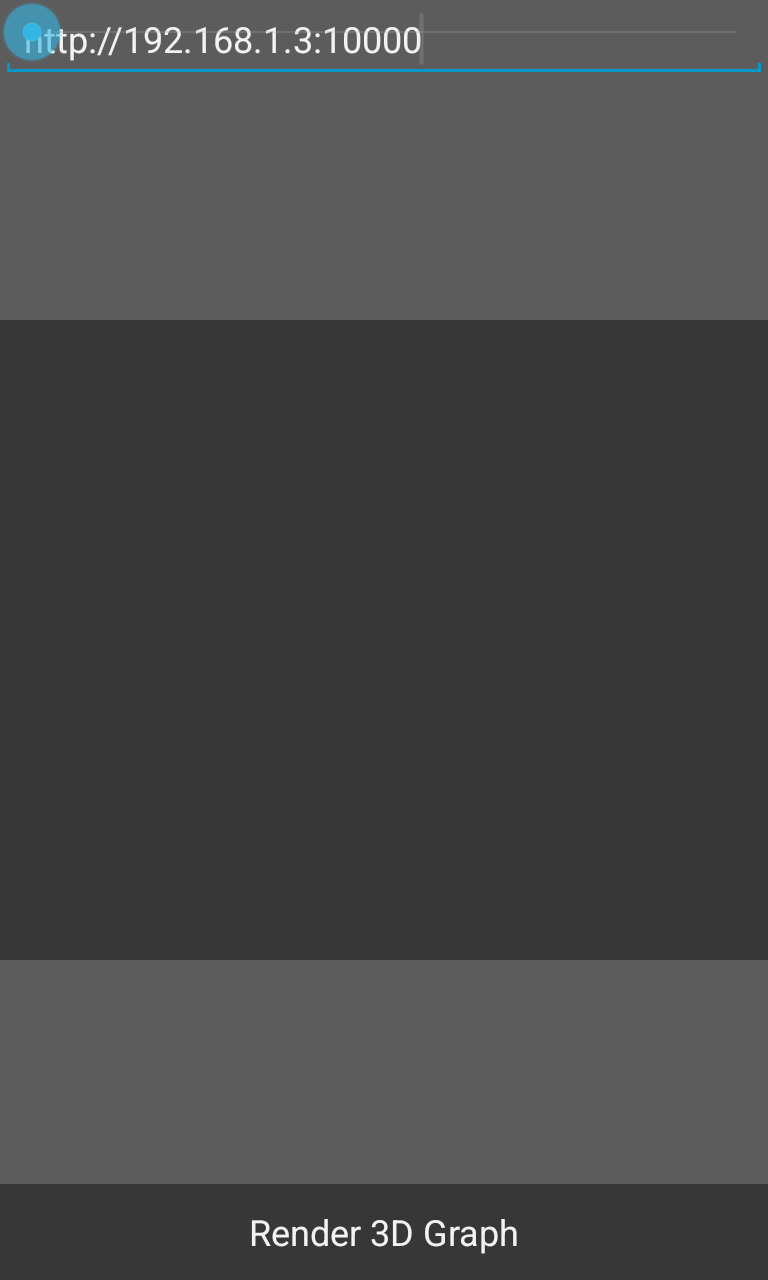
Repository: favreau/Sol-R-Android
Layout: RaytracerClient/res/layout/activity_fullscreen.xml
These files come from the project's save history. The layout is drawn as it stood at one moment and after the next save; the edit follows.
It is drawn on a 768 x 1280 px phone screen (xhdpi) without system bars, with theme FullscreenTheme; the app's code is not run.

Above is the layout before, as saved 2013-05-04 19:13:52.

### RaytracerClient/res/layout/activity_fullscreen.xml
<FrameLayout xmlns:android="http://schemas.android.com/apk/res/android"
    xmlns:tools="http://schemas.android.com/tools"
    android:layout_width="match_parent"
    android:layout_height="match_parent"
    android:background="@color/black_overlay"
    tools:context=".FullscreenActivity" >

    <!--
         The primary full-screen view. This can be replaced with whatever view
         is needed to present your content, e.g. VideoView, SurfaceView,
         TextureView, etc.
    -->

    <TextView
        android:id="@+id/fullscreen_content"
        android:layout_width="match_parent"
        android:layout_height="match_parent"
        android:gravity="center"
        android:keepScreenOn="true"
        android:text="@string/dummy_content"
        android:textColor="#33b5e5"
        android:textSize="50sp"
        android:textStyle="bold" />

    <!--
         This FrameLayout insets its children based on system windows using
         android:fitsSystemWindows.
    -->

    <FrameLayout
        android:layout_width="match_parent"
        android:layout_height="match_parent"
        android:background="@color/black_overlay"
        android:fitsSystemWindows="true" >

        <LinearLayout
            android:id="@+id/fullscreen_content_controls"
            style="?buttonBarStyle"
            android:layout_width="match_parent"
            android:layout_height="wrap_content"
            android:layout_gravity="bottom|center_horizontal"
            android:background="@color/black_overlay"
            android:orientation="horizontal"
            tools:ignore="UselessParent" >

            <Button
                android:id="@+id/dummy_button"
                style="?buttonBarButtonStyle"
                android:layout_width="0dp"
                android:layout_height="wrap_content"
                android:layout_weight="1"
                android:text="@string/dummy_button" />
        </LinearLayout>

        <ImageView
            android:id="@+id/imageView"
            android:layout_width="match_parent"
            android:layout_height="320dp"
            android:layout_gravity="center"
            android:background="@color/black_overlay" />

        <EditText
            android:id="@+id/etURL"
            android:layout_width="match_parent"
            android:layout_height="wrap_content"
            android:layout_gravity="top"
            android:ems="10"
            android:inputType="text"
            android:text="http://192.168.1.3:10000" >

            <requestFocus />
        </EditText>

        <SeekBar
            android:id="@+id/seekBar"
            android:layout_width="match_parent"
            android:layout_height="wrap_content" />

    </FrameLayout>

</FrameLayout>

### RaytracerClient/res/values/strings.xml
<?xml version="1.0" encoding="utf-8"?>
<resources>

    <string name="app_name">Web Visualizer</string>
    <string name="dummy_button">Render 3D Graph</string>
    <string name="dummy_content"></string>

</resources>

Loaded but not shown: RaytracerClient/res/values-v11/styles.xml (common file); RaytracerClient/res/values/styles.xml (common file); RaytracerClient/res/values/colors.xml (common file)

After the next save:
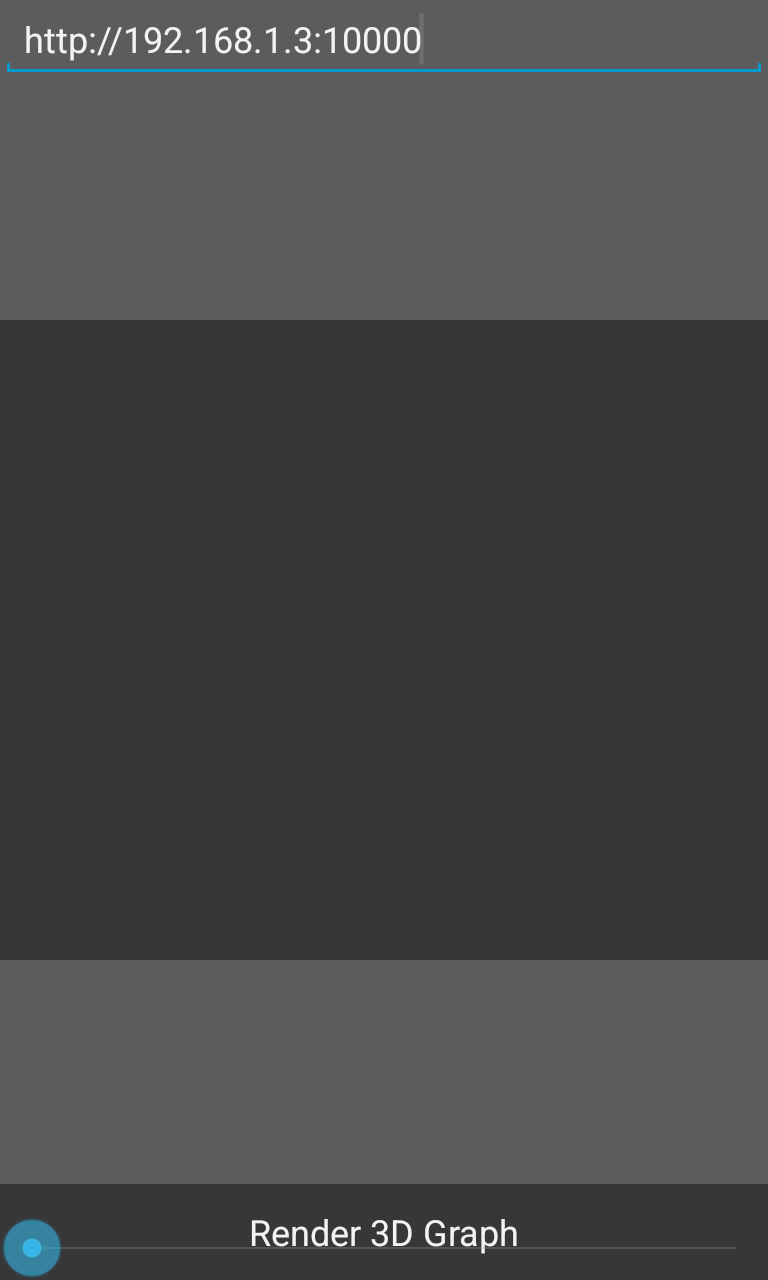
Saved 17 s later.
--- a/RaytracerClient/res/layout/activity_fullscreen.xml
+++ b/RaytracerClient/res/layout/activity_fullscreen.xml
@@ -74,7 +74,8 @@
         <SeekBar
             android:id="@+id/seekBar"
             android:layout_width="match_parent"
-            android:layout_height="wrap_content" />
+            android:layout_height="wrap_content"
+            android:layout_gravity="bottom" />
 
     </FrameLayout>
 
